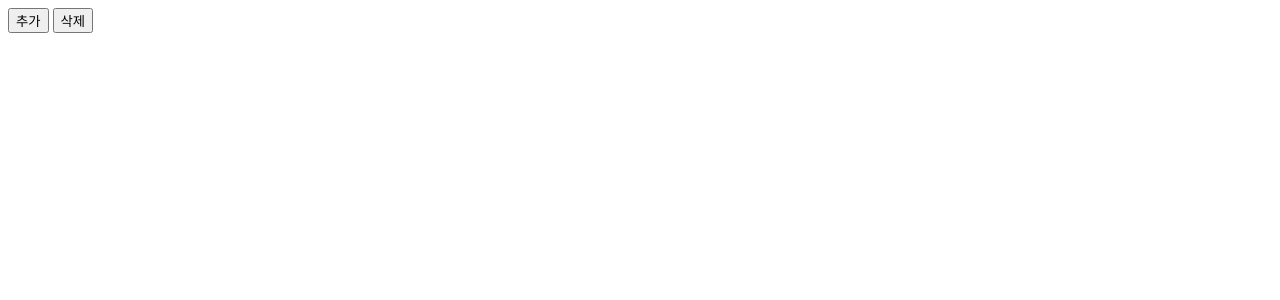
Repository: shouvoo/bitAcademy
Page: work/jsp/06_javascript/WebContent/08_ajax/test12_quiz.html
An editor plug-in stored every save of this project. The page is shown before and after the next save, followed by the edit.
The browser window is 1280 px wide. The pictures show the whole page.
After loading, the first visible `#btn0` was clicked once.
Some web libraries are served in a nearby version.

Above is the page before, as saved 2017-11-15 08:16:49.
Console error: ReferenceError: h1Obj is not defined

### work/jsp/06_javascript/WebContent/08_ajax/test12_quiz.html
<!DOCTYPE html>
<html>
<head>
<meta charset="UTF-8">
<title>Insert title here</title>
<script
  src="https://code.jquery.com/jquery-3.2.1.js"
  integrity="sha256-DZAnKJ/6XZ9si04Hgrsxu/8s717jcIzLy3oi35EouyE="
  crossorigin="anonymous">
</script>
</head>
<body>
	<button id="btn0">추가</button>
	<button id="btn1">삭제</button>

	<div id="container"></div>


	<script type="text/javascript">

		var $btn0 = $("#btn0");
		var $btn1 = $("#btn1");

		var con = $("#container");

		$btn0.click(function (e){
			var inputObj = $("<input>").text("코드값");
			$("#container").append(h1Obj);
		})

		$btn1.click(function (e){
			alert("aa")
		})


	</script>

</body>
</html>

After the next save:
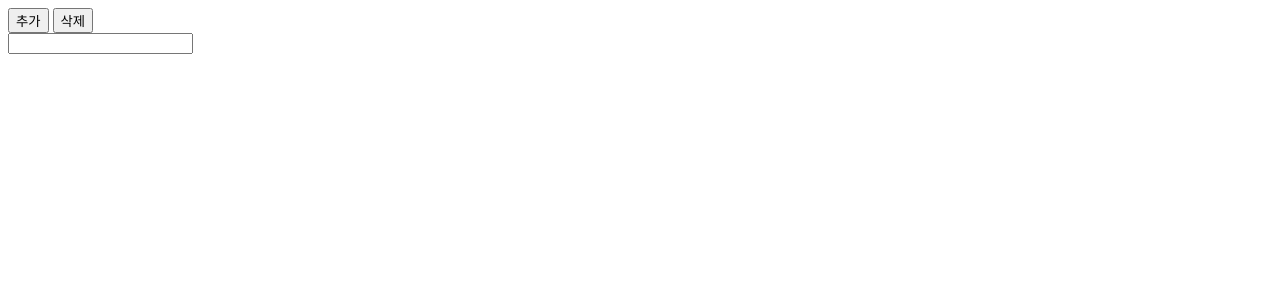
The error is gone.
Saved 5 s later.
--- a/work/jsp/06_javascript/WebContent/08_ajax/test12_quiz.html
+++ b/work/jsp/06_javascript/WebContent/08_ajax/test12_quiz.html
@@ -25,7 +25,7 @@
 
 		$btn0.click(function (e){
 			var inputObj = $("<input>").text("코드값");
-			$("#container").append(h1Obj);
+			con.append(inputObj);
 		})
 
 		$btn1.click(function (e){
